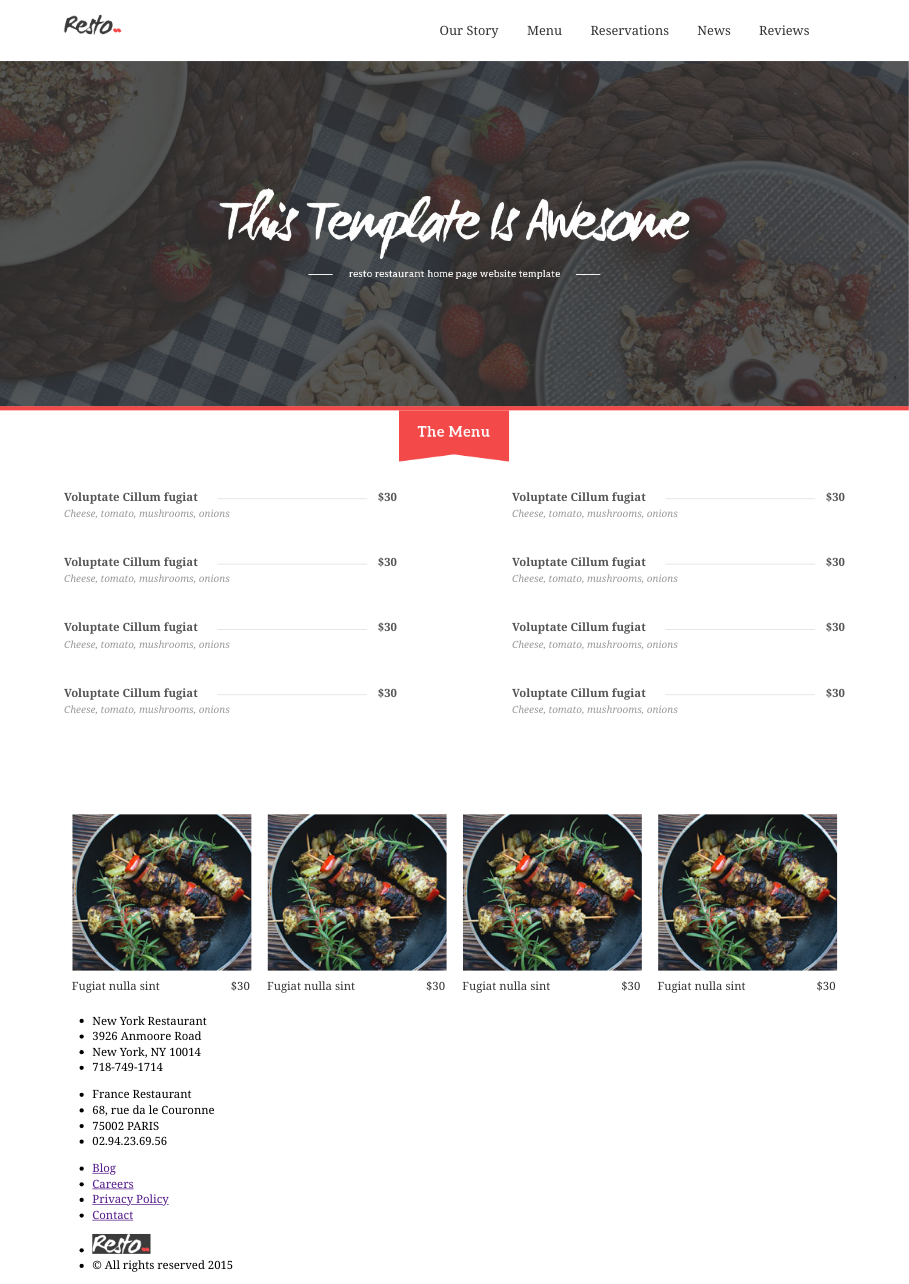
Repository: Piterwk1/psd-to-wordpress
Page: index.html
The author's editor kept a copy of each file at every save. The page is drawn from the files as they stood at one save, then again after the next save.
The browser window is 1280 px wide. The pictures show the whole page, at 71% of full size.

Above is the page before, as saved 2021-09-23 04:04:29.

### index.html
<html lang="en">

<head>
    <meta charset="UTF-8">
    <meta http-equiv="X-UA-Compatible" content="IE=edge">
    <meta name="viewport" content="width=device-width, initial-scale=1.0">
    <title>Resto</title>
    <link rel="stylesheet" href="style.css">
</head>

<body>

    <header>
        <div class="wrapper" id="headerWrapper">
            <h1 class="logo">Rest</h1>
            <nav>
                <h2>Main Navigation</h2>
                <ul>
                    <li><a href="">Our Story</a></li>
                    <li><a href="">Menu</a></li>
                    <li><a href="">Reservations</a></li>
                    <li><a href="">News</a></li>
                    <li><a href="">Reviews</a></li>
                </ul>
            </nav>
        </div>
    </header>

    <!-- start homepage content -->

    <div id="main-banner">
        <img src="images/banner.jpg" alt="Welcome to Resto">
    </div>

    <div class="wrapper">
        <section id="home-menu">
            <h2>Menu</h2>
            <ul>
                <li>
                    <span class="dish">Voluptate Cillum fugiat</span>
                    <span class="price">$30</span>
                    <span class="description">Cheese, tomato, mushrooms, onions</span>
                </li>
                <li>
                    <span class="dish">Voluptate Cillum fugiat</span>
                    <span class="price">$30</span>
                    <span class="description">Cheese, tomato, mushrooms, onions</span>
                </li>
                <li>
                    <span class="dish">Voluptate Cillum fugiat</span>
                    <span class="price">$30</span>
                    <span class="description">Cheese, tomato, mushrooms, onions</span>
                </li>
                <li>
                    <span class="dish">Voluptate Cillum fugiat</span>
                    <span class="price">$30</span>
                    <span class="description">Cheese, tomato, mushrooms, onions</span>
                </li>
                <li>
                    <span class="dish">Voluptate Cillum fugiat</span>
                    <span class="price">$30</span>
                    <span class="description">Cheese, tomato, mushrooms, onions</span>
                </li>
                <li>
                    <span class="dish">Voluptate Cillum fugiat</span>
                    <span class="price">$30</span>
                    <span class="description">Cheese, tomato, mushrooms, onions</span>
                </li>
                <li>
                    <span class="dish">Voluptate Cillum fugiat</span>
                    <span class="price">$30</span>
                    <span class="description">Cheese, tomato, mushrooms, onions</span>
                </li>
                <li>
                    <span class="dish">Voluptate Cillum fugiat</span>
                    <span class="price">$30</span>
                    <span class="description">Cheese, tomato, mushrooms, onions</span>
                </li>
            </ul>
        </section>

        <section id="featured">
            <ul>
                <li>
                    <img src="images/thumb-1.jpg">
                    <a href="">Fugiat nulla sint</a>
                    <span>$30</span>
                    <span class="rating"></span>
                </li>
                <li>
                    <img src="images/thumb-1.jpg">
                    <a href="">Fugiat nulla sint</a>
                    <span>$30</span>
                    <span class="rating"></span>
                </li>
                <li>
                    <img src="images/thumb-1.jpg">
                    <a href="">Fugiat nulla sint</a>
                    <span>$30</span>
                    <span class="rating"></span>
                </li>
                <li>
                    <img src="images/thumb-1.jpg">
                    <a href="">Fugiat nulla sint</a>
                    <span>$30</span>
                    <span class="rating"></span>
                </li>
            </ul>
        </section>
    </div>

    <!-- end homepage content -->

    <footer>
        <div class="wrapper">
            <ul>
                <li>New York Restaurant</li>
                <li>3926 Anmoore Road</li>
                <li>New York, NY 10014</li>
                <li>718-749-1714</li>
            </ul>
            <ul>
                <li>France Restaurant</li>
                <li>68, rue da le Couronne</li>
                <li>75002 PARIS</li>
                <li>02.94.23.69.56</li>
            </ul>
            <ul>
                <li><a href="">Blog</a></li>
                <li><a href="">Careers</a></li>
                <li><a href="">Privacy Policy</a></li>
                <li><a href="">Contact</a></li>
            </ul>
            <ul>
                <li><img src="images/white-logo.png" alt="logo"></li>
                <li>&copy; All rights reserved 2015</li>

            </ul>
        </div>
    </footer>
</body>

</html>

### style.css
body {
    font-family: Georgia, 'Times New Roman', Times, serif;
    margin: 0;
}

.wrapper {
    width: 100%;
    /* max-width: 960px; */
    max-width: 1100px;
    padding: 0 10px;
    margin:  0 auto;
}

h1.logo {
    background-image: url(images/logo.png);
    background-repeat: no-repeat;
    width: 100px;
    text-indent: -10000px;
}

#headerWrapper {
    display: flex;
    justify-content: space-between;
    width: 100%;
}

nav {

  margin-right: 10px;

}

#headerWrapper nav h2 {
    text-indent: -100000px;
    height: 0;
    margin: 0;
}

#headerWrapper nav ul {
   display: flex;
   justify-content: space-evenly;
   list-style-type:  none;
   margin: 10px 20px;
}
#headerWrapper nav li {

   margin: 20px 20px;
}
#headerWrapper nav li a{
   text-decoration: none;
   color: #333;
   font-size: 18px;
}
#headerWrapper nav li a:hover{
   color: blue;
}

#main-banner, #main-banner img{
    width: 100%;
}

#main-banner img {
    border-bottom: 6px solid #f34949;
}

#home-menu h2 {
    background-image: url(images/menu-head.png);
    background-repeat: no-repeat;
    width: 156px;
    height: 74px;
    text-indent: -10000px;
    margin: 0 auto;
}

#home-menu ul {
    display: flex;
    flex-wrap: wrap;
    justify-content: space-between;
   padding: 0;
   list-style: none;
}
#home-menu li {
    display: flex;
    flex-wrap: wrap;
   margin: 20px 0 20px 0;
   justify-content: space-between;
}

.dish{
    position: relative;
    z-index: 1;
    background: #fff;
    padding-right: 5px;
    width: 45%;
    color: #555;
    font-weight: bold;
}

.price {
    position: relative;
    z-index: 1;
    background: #fff;
    padding-left: 15px;
    color: #555;
    font-weight: bold;
}

.description {
    width: 100%;
    color: #999;
    font-style: italic;
    font-size: 14px;
    padding-top: 10px;
    border-top: 1px solid #ddd;
    position: relative;
    top: -8px;
}

#featured {
    margin-top: 100px;
}
#featured ul {
    display: flex;
    justify-content: space-evenly;
    padding: 0;
}

#featured li {
    display: flex;
    flex-wrap: wrap;
    list-style: none;
    margin: 1%;
}

#featured li img{
    width: 100%;
    margin-bottom: 10px;
}

#featured li a{
    color: #333;
    text-decoration: none;
}

#featured li span{
    color: #333;
margin-left: 100px;

}

After the next save:
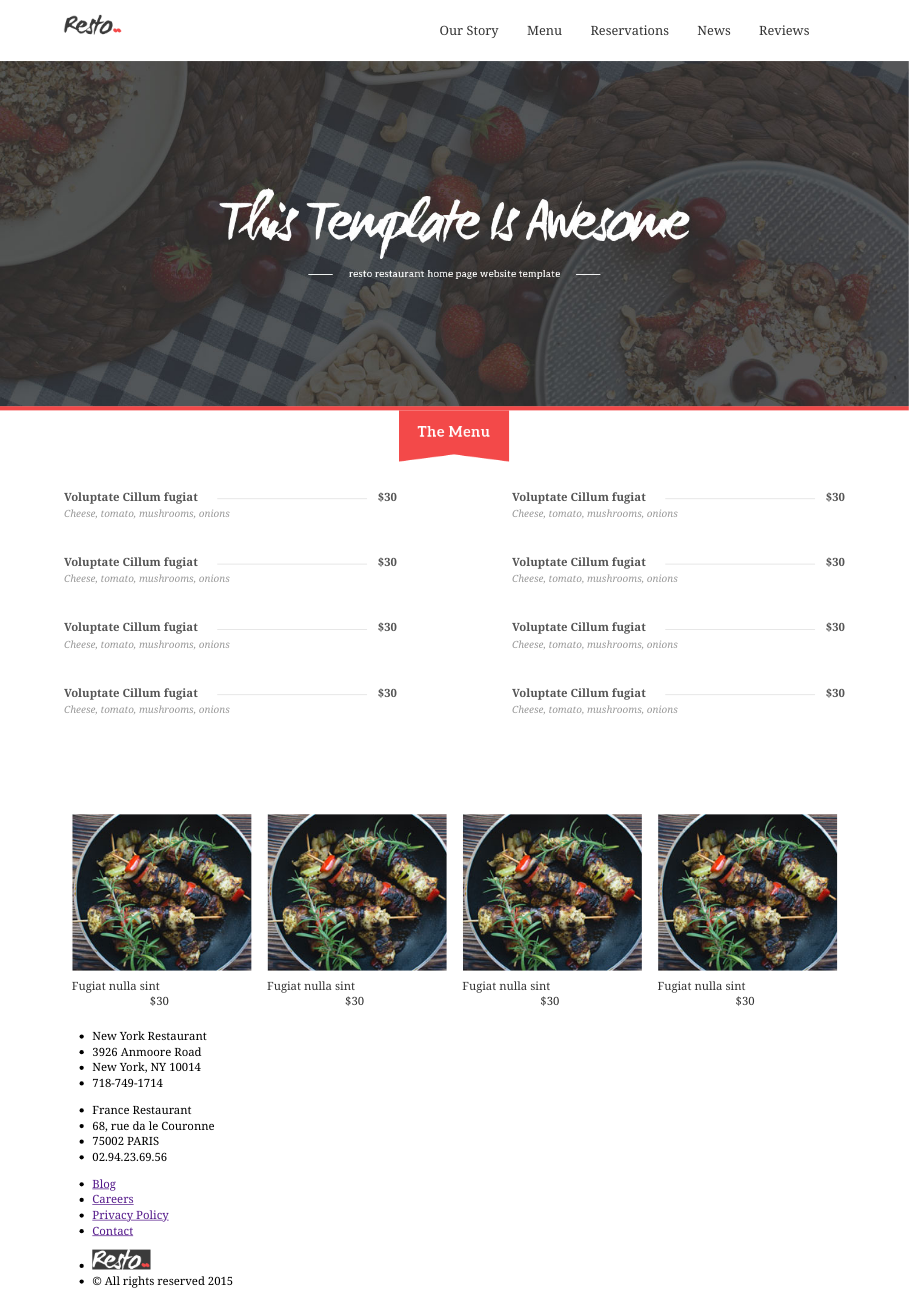
Saved 5 s later.
--- a/style.css
+++ b/style.css
@@ -144,6 +144,6 @@ nav {
 
 #featured li span{
     color: #333;
-margin-left: 100px;
+margin-left: 110px;
 
 }
